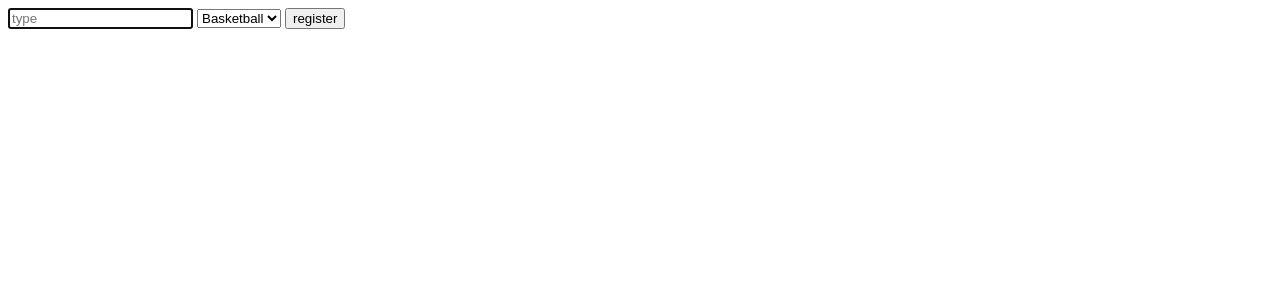
Repository: clovis739/python-_sample2
Page: http://localhost/
These files come from the project's save history. The page is drawn as it stood at one moment and after a run of saves; the edit follows.
The browser window is 1280 px wide. The pictures show the whole page.
The page is served by the project's application, run on Flask 3 (csx/app.py).

Above is the page before, as saved 2024-03-02 16:32:30.

### csx/templates/success.html
<!DOCTYPE html>
<html lang="en">
<head>
    <meta charset="UTF-8">
    <meta name="viewport" content="width=device-width, initial-scale=1.0">
    <title>Document</title>
</head>
<body>
    <form action="/register" method="post">
        <input autocomplete="off" autofocus name="name" placeholder="type" type="text">
        <select>
            <option value="basketbal">Basketball</option>
            <option value="handball">handball</option>
            <option value="Rocky ball">Rocky ball</option>
            <option value="Footbal">Football</option>
        </select>
<button type="submit">register</button>
    </form>
</body>
</html>

### csx/app.py
from flask import Flask , render_template, request

app = Flask(__name__)

@app.route("/")
def index():

    return render_template("success.html")


# @app.route("/greet",methods=["GET", "POST"])
# def greet():
#     return render_template("greet.html", name = request.args.get("name"))

# @app.register("/register", methods=["POST", "GET"])
# def register():
#     return render_template("success.html")
if __name__ == "__main__":
    app.run(debug=True)

After the next 3 saves:
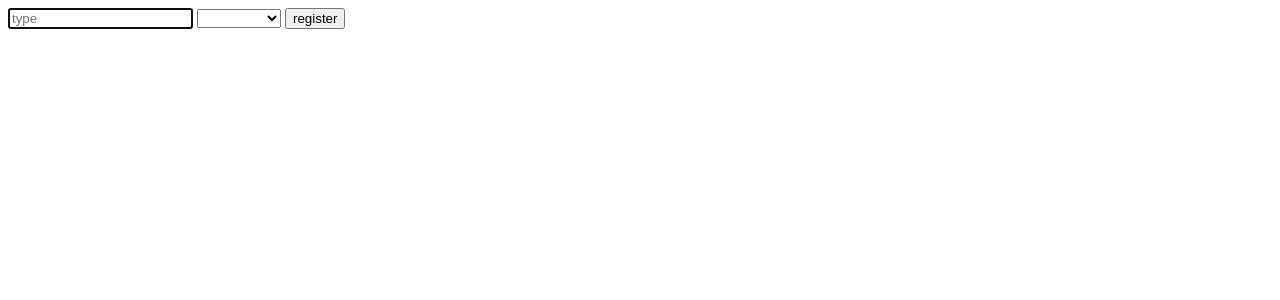
The 3 saves are shown as one change because they came seconds apart.
The last was saved 50 s later.
--- a/csx/templates/success.html
+++ b/csx/templates/success.html
@@ -9,6 +9,7 @@
     <form action="/register" method="post">
         <input autocomplete="off" autofocus name="name" placeholder="type" type="text">
         <select>
+            <option value=""></option>
             <option value="basketbal">Basketball</option>
             <option value="handball">handball</option>
             <option value="Rocky ball">Rocky ball</option>

After the 3 saves that followed:
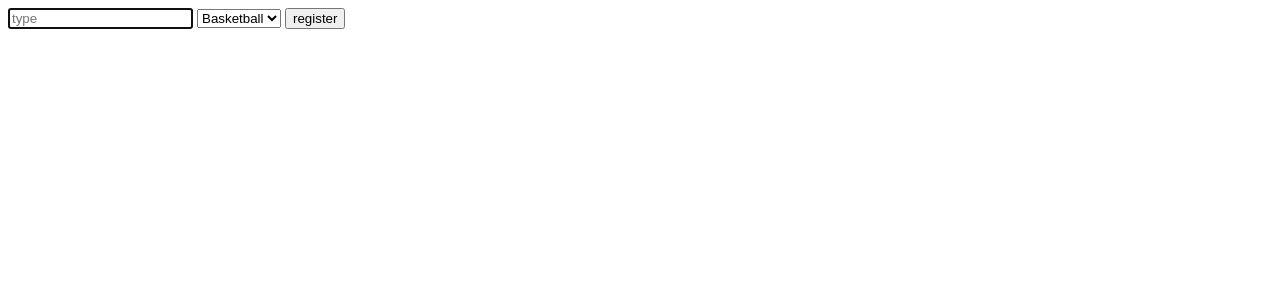
The 3 saves are shown as one change because they came seconds apart.
The last was saved 14 s later.
--- a/csx/templates/success.html
+++ b/csx/templates/success.html
@@ -9,7 +9,7 @@
     <form action="/register" method="post">
         <input autocomplete="off" autofocus name="name" placeholder="type" type="text">
         <select>
-            <option value=""></option>
+            <option disabled =""></option>
             <option value="basketbal">Basketball</option>
             <option value="handball">handball</option>
             <option value="Rocky ball">Rocky ball</option>
